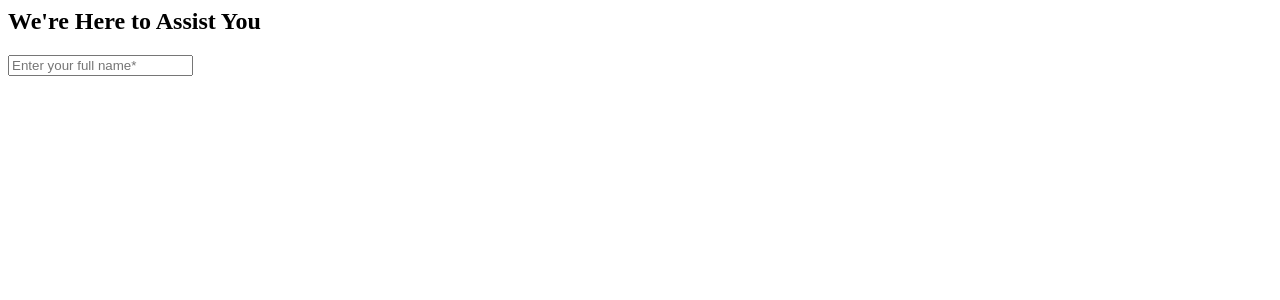
Repository: koldovsky/4394-html-teamwork
Page: contacts.assist.partial.html
The author's editor kept a copy of each file at every save. The page is drawn from the files as they stood at one save, then again after the next save.
The browser window is 1280 px wide. The pictures show the whole page.

Above is the page before, as saved 2025-10-06 19:28:39.

### contacts.assist.partial.html
<section>
    <h2>We're Here to Assist You</h2>
    <form action="">
        <input type="text" name="full-name" placeholder="Enter your full name*" required>
    </form>
</section>

After the next save:
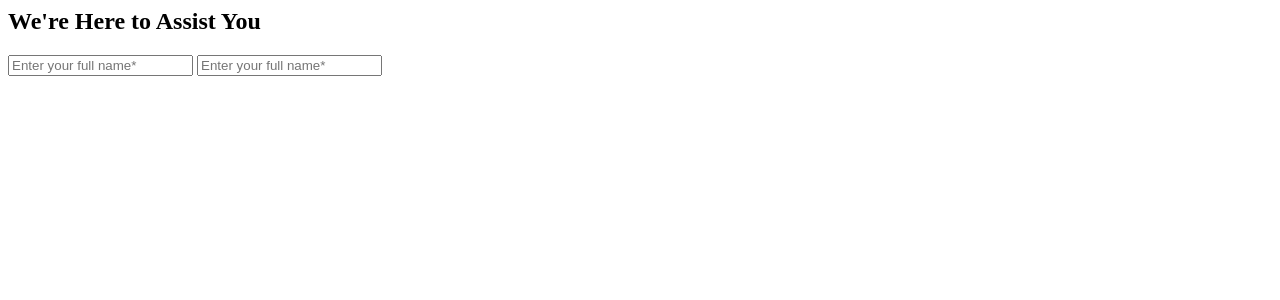
Saved 5 s later.
--- a/contacts.assist.partial.html
+++ b/contacts.assist.partial.html
@@ -2,5 +2,6 @@
     <h2>We're Here to Assist You</h2>
     <form action="">
         <input type="text" name="full-name" placeholder="Enter your full name*" required>
+        <input type="text" name="full-name" placeholder="Enter your full name*" required>
     </form>
 </section>
